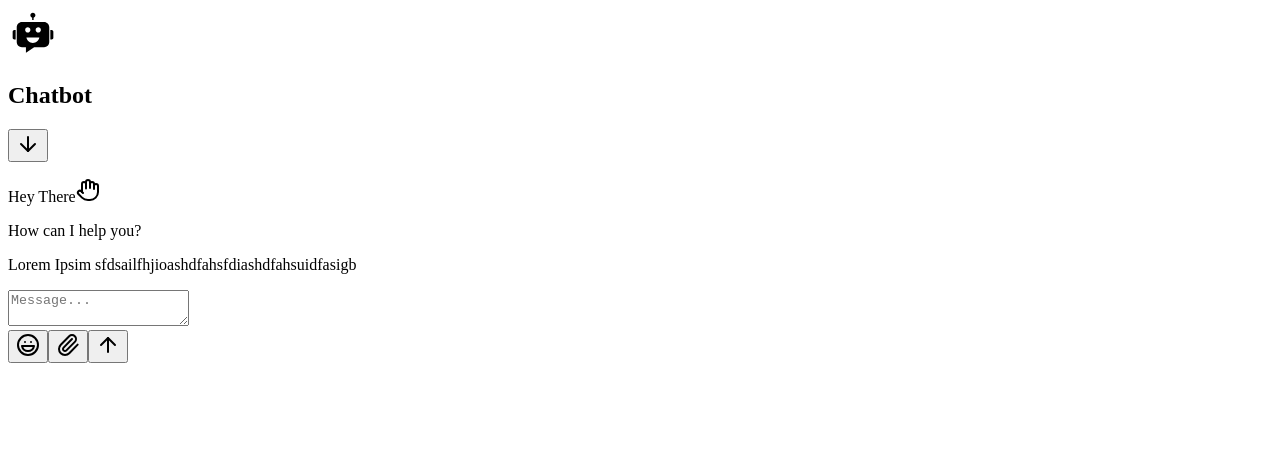
Repository: guilhermecardoso93/ai-bot
Page: /
These files come from the project's save history. The page is drawn as it stood at one moment and after the next save; the edit follows.
The browser window is 1280 px wide. The pictures show the whole page.
The project was rebuilt for these pictures with package versions that can differ from the ones it lists, and the page was loaded fresh each time. Also part of the build but not shown: vite.config.js.

Above is the page before, as saved 2024-11-11 20:08:12.

After the next save:
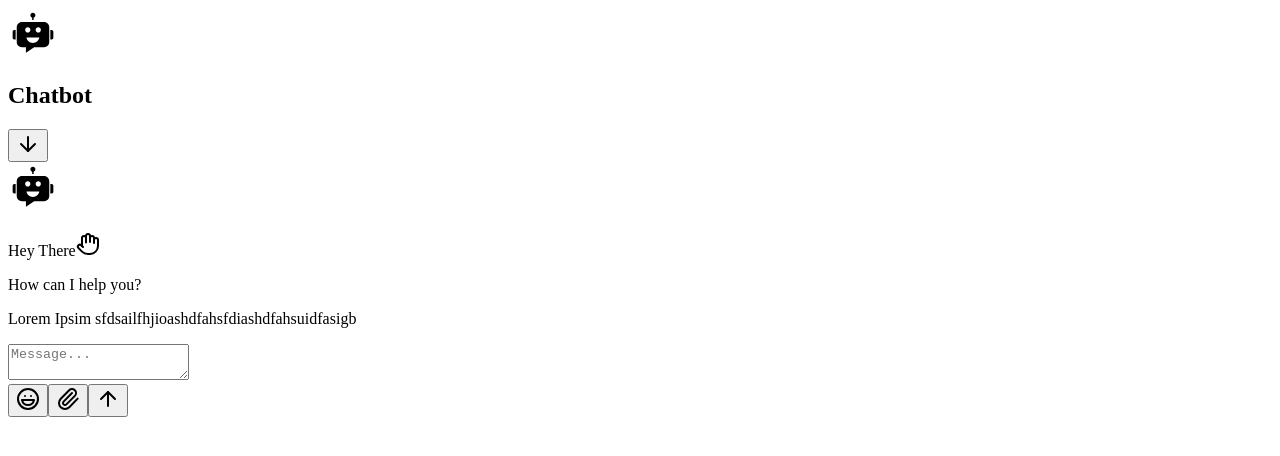
Saved 95 s later.
--- a/src/components/Main.jsx
+++ b/src/components/Main.jsx
@@ -19,6 +19,8 @@ export function Main() {
       <div className="chat-body">
         <div className="message bot-message">
           <div className="message-text">
+          <img src={Logo} alt="" />
+
             <p className="message-text">
               Hey There
               <Hand />
